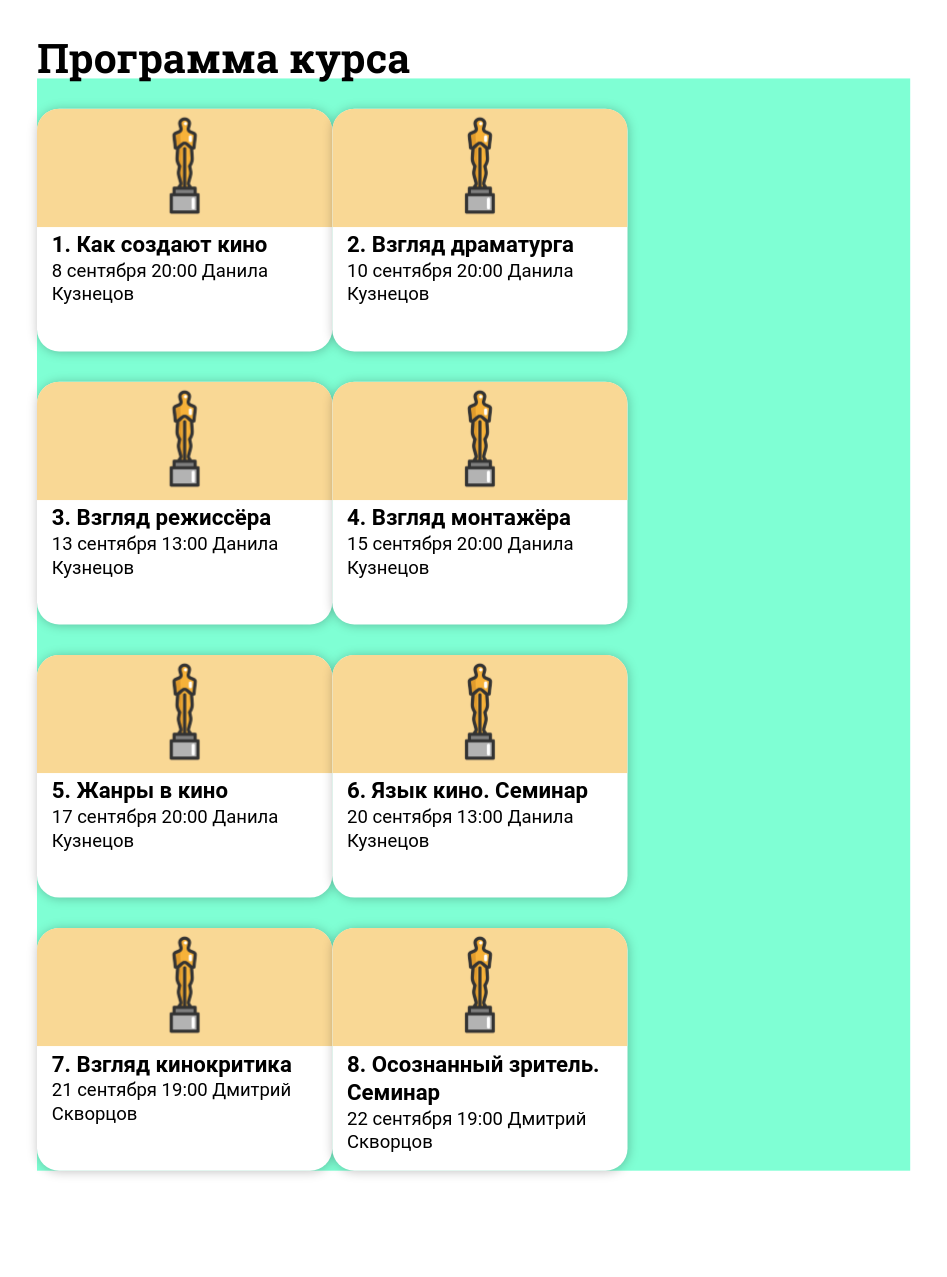
Repository: MehdiKerimov/Figma-task-18
Page: pages/homePage/index.html
These files come from the project's save history. The page is drawn as it stood at one moment and after the next save; the edit follows.
The browser window is 1280 px wide. The pictures show the whole page, at 74% of full size.
The style sheet was rebuilt from its Sass, Less or Tailwind sources for each picture, by a compiler version that may differ from the author's.

Above is the page before, as saved 2023-11-28 10:29:47.

### pages/homePage/index.html
<!DOCTYPE html>
<html lang="en">
  <head>
    <meta charset="UTF-8" />
    <meta name="viewport" content="width=device-width, initial-scale=1.0" />
    <title>Document</title>
    <link rel="stylesheet" href="../../assets/css/reset.css" />
    <link rel="stylesheet" href="index.css" />
  </head>
  <body>
    <div class="container">
      <h1>Программа курса</h1>
      <ul>
        <li>
          <svg
            xmlns="http://www.w3.org/2000/svg"
            xmlns:xlink="http://www.w3.org/1999/xlink"
            width="399"
            height="160"
            viewBox="0 0 399 160"
            fill="none"
          >
            <path
              d="M0 30C0 13.4315 13.4315 0 30 0H369C385.569 0 399 13.4315 399 30V160H0V30Z"
              fill="url(#pattern0)"
            />
            <defs>
              <pattern
                id="pattern0"
                patternContentUnits="objectBoundingBox"
                width="1"
                height="1"
              >
                <use
                  xlink:href="#image0_1_117"
                  transform="matrix(0.000833333 0 0 0.00207813 0 -0.214596)"
                />
              </pattern>
              <image
                id="image0_1_117"
                width="1200"
                height="800"
                xlink:href="data:[embedded picture, 68827 characters]"
              />
            </defs>
          </svg>
          <h2>1. Как создают кино</h2>
          <p>8 сентября 20:00 Данила Кузнецов</p>
        </li>
        <li>
          <svg
            xmlns="http://www.w3.org/2000/svg"
            xmlns:xlink="http://www.w3.org/1999/xlink"
            width="399"
            height="160"
            viewBox="0 0 399 160"
            fill="none"
          >
            <path
              d="M0 30C0 13.4315 13.4315 0 30 0H369C385.569 0 399 13.4315 399 30V160H0V30Z"
              fill="url(#pattern0)"
            />
            <defs>
              <pattern
                id="pattern0"
                patternContentUnits="objectBoundingBox"
                width="1"
                height="1"
              >
                <use
                  xlink:href="#image0_1_129"
                  transform="matrix(0.000833333 0 0 0.00207813 0 -0.214596)"
                />
              </pattern>
              <image
                id="image0_1_129"
                width="1200"
                height="800"
                xlink:href="data:[embedded picture, 106779 characters]"
              />
            </defs>
          </svg>
          <h2>2. Взгляд драматурга</h2>
          <p>10 сентября 20:00 Данила Кузнецов</p>
        </li>
        <li>
          <svg
            xmlns="http://www.w3.org/2000/svg"
            xmlns:xlink="http://www.w3.org/1999/xlink"
            width="399"
            height="160"
            viewBox="0 0 399 160"
            fill="none"
          >
            <path
              d="M0 30C0 13.4315 13.4315 0 30 0H369C385.569 0 399 13.4315 399 30V160H0V30Z"
              fill="url(#pattern0)"
            />
            <defs>
              <pattern
                id="pattern0"
                patternContentUnits="objectBoundingBox"
                width="1"
                height="1"
              >
                <use
                  xlink:href="#image0_1_133"
                  transform="matrix(0.000833333 0 0 0.00207813 0 -0.214596)"
                />
              </pattern>
              <image
                id="image0_1_133"
                width="1200"
                height="800"
                xlink:href="data:[embedded picture, 57403 characters]"
              />
            </defs>
          </svg>
          <h2>3. Взгляд режиссёра</h2>
          <p>13 сентября 13:00 Данила Кузнецов</p>
        </li>
        <li>
          <svg
            xmlns="http://www.w3.org/2000/svg"
            xmlns:xlink="http://www.w3.org/1999/xlink"
            width="399"
            height="160"
            viewBox="0 0 399 160"
            fill="none"
          >
            <path
              d="M0 30C0 13.4315 13.4315 0 30 0H369C385.569 0 399 13.4315 399 30V160H0V30Z"
              fill="url(#pattern0)"
            />
            <defs>
              <pattern
                id="pattern0"
                patternContentUnits="objectBoundingBox"
                width="1"
                height="1"
              >
                <use
                  xlink:href="#image0_1_144"
                  transform="matrix(0.000833333 0 0 0.00207813 0 -0.214596)"
                />
              </pattern>
              <image
                id="image0_1_144"
                width="1200"
                height="800"
                xlink:href="data:[embedded picture, 49903 characters]"
              />
            </defs>
          </svg>
          <h2>4. Взгляд монтажёра</h2>
          <p>15 сентября 20:00 Данила Кузнецов</p>
        </li>
        <li>
          <svg
            xmlns="http://www.w3.org/2000/svg"
            xmlns:xlink="http://www.w3.org/1999/xlink"
            width="399"
            height="160"
            viewBox="0 0 399 160"
            fill="none"
          >
            <path
              d="M0 30C0 13.4315 13.4315 0 30 0H369C385.569 0 399 13.4315 399 30V160H0V30Z"
              fill="url(#pattern0)"
            />
            <defs>
              <pattern
                id="pattern0"
                patternContentUnits="objectBoundingBox"
                width="1"
                height="1"
              >
                <use
                  xlink:href="#image0_1_145"
                  transform="matrix(0.000833333 0 0 0.00207813 0 -0.214596)"
                />
              </pattern>
              <image
                id="image0_1_145"
                width="1200"
                height="800"
                xlink:href="data:[embedded picture, 90219 characters]"
              />
            </defs>
          </svg>
          <h2>5. Жанры в кино</h2>
          <p>17 сентября 20:00 Данила Кузнецов</p>
        </li>
        <li>
          <svg
            xmlns="http://www.w3.org/2000/svg"
            xmlns:xlink="http://www.w3.org/1999/xlink"
            width="399"
            height="160"
            viewBox="0 0 399 160"
            fill="none"
          >
            <path
              d="M0 30C0 13.4315 13.4315 0 30 0H369C385.569 0 399 13.4315 399 30V160H0V30Z"
              fill="url(#pattern0)"
            />
            <defs>
              <pattern
                id="pattern0"
                patternContentUnits="objectBoundingBox"
                width="1"
                height="1"
              >
                <use
                  xlink:href="#image0_1_146"
                  transform="matrix(0.000833333 0 0 0.00207813 0 -0.214596)"
                />
              </pattern>
              <image
                id="image0_1_146"
                width="1200"
                height="800"
                xlink:href="data:[embedded picture, 74483 characters]"
              />
            </defs>
          </svg>
          <h2>6. Язык кино. Семинар</h2>
          <p>20 сентября 13:00 Данила Кузнецов</p>
        </li>
        <li>
          <svg
            xmlns="http://www.w3.org/2000/svg"
            xmlns:xlink="http://www.w3.org/1999/xlink"
            width="399"
            height="160"
            viewBox="0 0 399 160"
            fill="none"
          >
            <path
              d="M0 30C0 13.4315 13.4315 0 30 0H369C385.569 0 399 13.4315 399 30V160H0V30Z"
              fill="url(#pattern0)"
            />
            <defs>
              <pattern
                id="pattern0"
                patternContentUnits="objectBoundingBox"
                width="1"
                height="1"
              >
                <use
                  xlink:href="#image0_1_146"
                  transform="matrix(0.000833333 0 0 0.00207813 0 -0.214596)"
                />
              </pattern>
              <image
                id="image0_1_146"
                width="1200"
                height="800"
                xlink:href="data:[embedded picture, 74483 characters]"
              />
            </defs>
          </svg>
          <h2>7. Взгляд кинокритика</h2>
          <p>21 сентября 19:00 Дмитрий Скворцов</p>
        </li>
        <li>
          <svg
            xmlns="http://www.w3.org/2000/svg"
            xmlns:xlink="http://www.w3.org/1999/xlink"
            width="399"
            height="160"
            viewBox="0 0 399 160"
            fill="none"
          >
            <path
              d="M0 30C0 13.4315 13.4315 0 30 0H369C385.569 0 399 13.4315 399 30V160H0V30Z"
              fill="url(#pattern0)"
            />
            <defs>
              <pattern
                id="pattern0"
                patternContentUnits="objectBoundingBox"
                width="1"
                height="1"
              >
                <use
                  xlink:href="#image0_1_146"
                  transform="matrix(0.000833333 0 0 0.00207813 0 -0.214596)"
                />
              </pattern>
              <image
                id="image0_1_146"
                width="1200"
                height="800"
                xlink:href="data:[embedded picture, 74483 characters]"
              />
            </defs>
          </svg>
          <h2>8. Осознанный зритель. Семинар</h2>
          <p>22 сентября 19:00 Дмитрий Скворцов</p>
        </li>
      </ul>
    </div>
  </body>
</html>

### assets/css/reset.css
*{
    margin: 0;
    padding: 0;
    box-sizing: border-box;
}
li{
 list-style-type: none;
}

### pages/homePage/index.scss
@import url('https://fonts.googleapis.com/css2?family=Roboto+Slab:wght@400;700&display=swap');

.container {
    background: #FFF;
    padding: 50px 50px 144px 50px;
    min-height: 100vh;

    h1 {
        color: #000;
        font-family: Roboto Slab;
        font-size: 55px;
        font-style: normal;
        font-weight: 700;
        line-height: 101.385%;
    }

    ul {
        display: flex;
        /* justify-content: space-between; */
        flex-wrap: wrap;
        background-color: aquamarine;

        li {

            margin-top: 41px;
            list-style-type: none;
            /* margin-right: 37px; */
            width: 399px;
            height: 328px;
            border-radius: 30px;
            background: #FFF;
            box-shadow: 1px 1px 15px 0px rgba(0, 0, 0, 0.25);

            svg {
                width: 100%;

            }

            h2 {
                margin-left: 20px;
                /* width: 365px; */
                color: #000;
                font-family: Roboto;
                font-size: 30px;
                font-style: normal;
                font-weight: 700;
                line-height: 130%;
            }

            p {
                /* width: 365px; */
                margin-left: 20px;
                color: #000;
                font-family: Roboto;
                font-size: 25px;
                font-style: normal;
                font-weight: 400;
                line-height: 130%;
            }
        }
    }
}

After the next save:
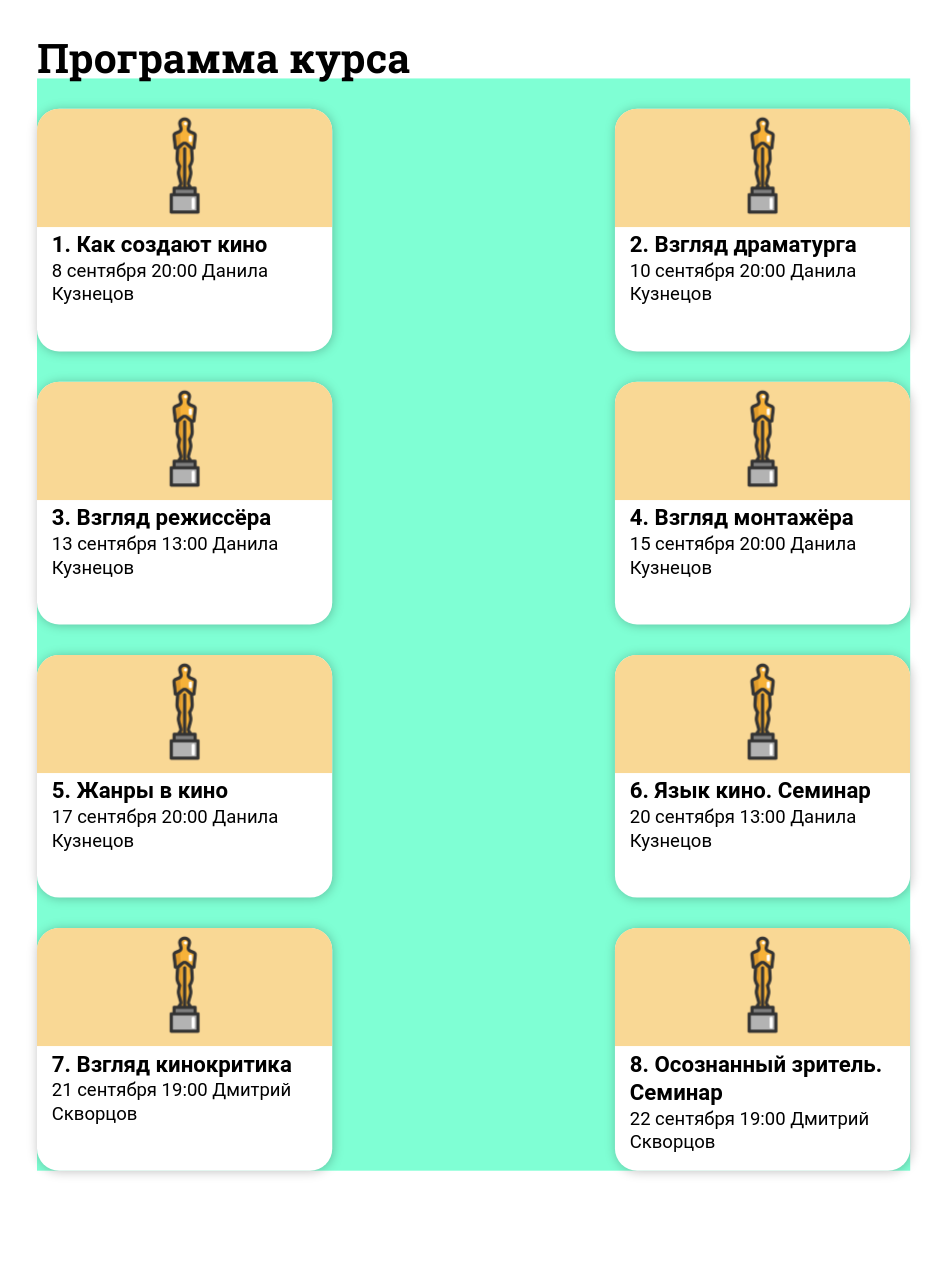
Saved 4 s later.
--- a/pages/homePage/index.scss
+++ b/pages/homePage/index.scss
@@ -16,7 +16,7 @@
 
     ul {
         display: flex;
-        /* justify-content: space-between; */
+        justify-content: space-between;
         flex-wrap: wrap;
         background-color: aquamarine;
 
